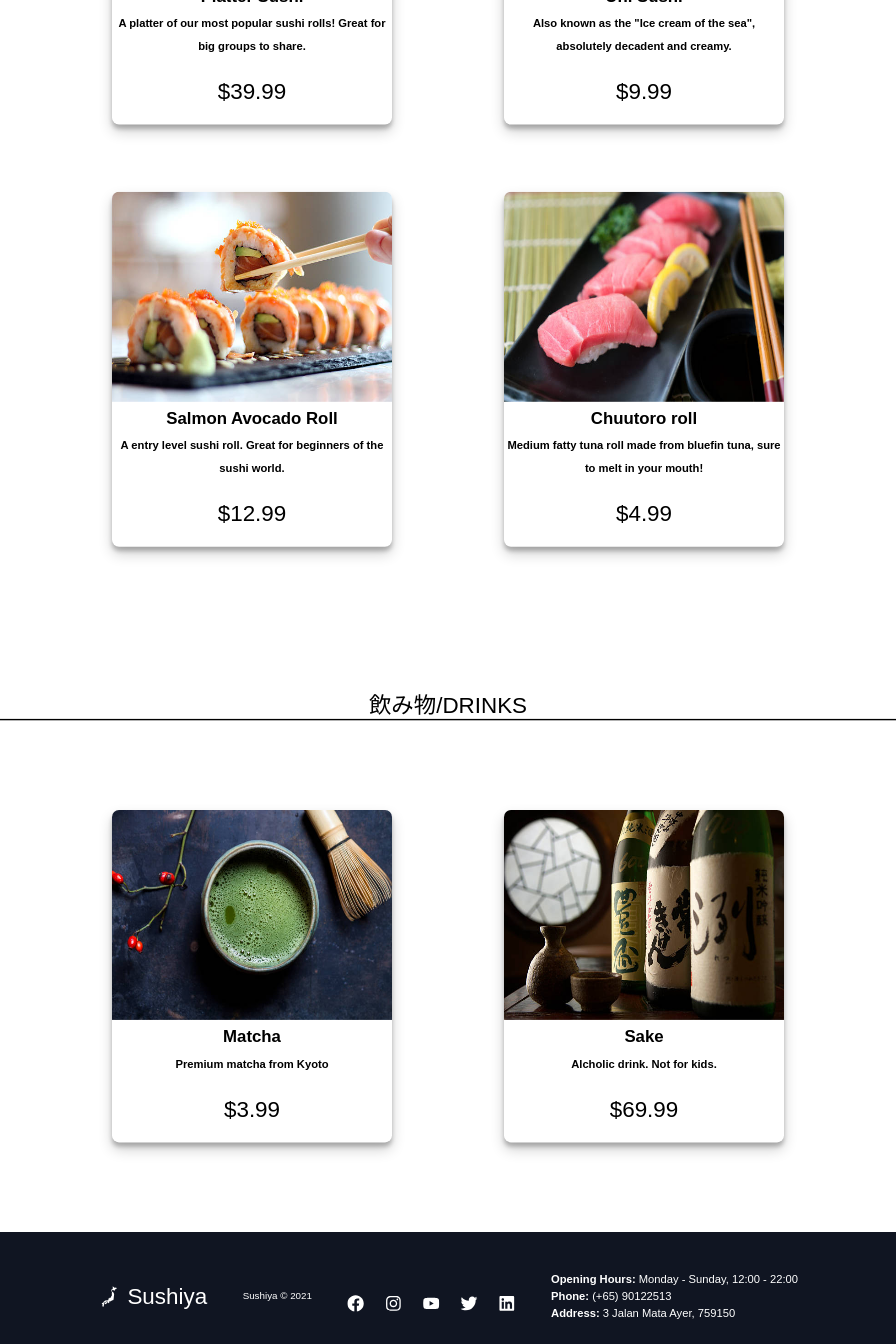
Repository: RuiXiong2211/Sushiroe
Page: /Menu
An editor plug-in stored every save of this project. The page is shown before and after the next save, followed by the edit.
The browser window is 1280 px wide. The pictures show the part of the page from y = 3430 to 5350 px (the page is 5350 px tall), at 70% of full size.
The page's requests for data from a server got no answer. The project was rebuilt for these pictures with package versions that can differ from the ones it lists, and the page was loaded fresh each time. No one was signed in, and anything a server would have sent is missing. Also part of the build but not shown: src/components/InfoSection/InfoSection.elements.js, src/components/InfoSection/InfoSection.js, src/components/Reservation/Reservation.elements.js, src/components/AdminDashboard/EditFormElements.js, src/components/AdminDashboard/EditForm.js, src/components/AdminDashboard/AdminDashboard.elements.js, src/components/AdminDashboard/ActionResponse.js, src/components/AdminDashboard/AdminDashboard.js and 8 more.

Above is the page before, as saved 2021-08-16 15:20:02.

### src/App.js
import { React, useEffect } from "react";
import "bootstrap/dist/css/bootstrap.min.css";
import { BrowserRouter as Router, Switch, Route } from "react-router-dom";
import { Navbar, Footer } from "./components";
import ScrollToTop from "./components/ScrollToTop";
import GlobalStyle from "./globalStyles";
import Home from "./pages/HomePage/Home";
import Menu from "./pages/Menu/Menu";
import Reservation from "./pages/Reservation/ReservationPage";
import Admin from "./pages/AdminDashboard/Dashboard";
import { useStore } from "./services/reservations";

function App() {
  const getAllReservation = useStore((state) => state.getReservations);
  const reservations = useStore((state) => state.reservations);

  useEffect(() => {
    getAllReservation();
  }, [getAllReservation]);

  useEffect(() => {
    console.log(reservations);
  }, [reservations]);

  return (
    <Router>
      <GlobalStyle />
      <ScrollToTop />
      <Navbar />
        <Switch>
          <Route path="/" exact component={Home} />
          <Route path="/Menu" exact component={Menu} />
          <Route
            path="/Reservation"
            render={(props) => (
              <Reservation {...props} reservations={reservations} />
            )}
          />
          <Route
            path="/Admin"
            render={(props) => <Admin {...props} reservations={reservations} />}
          />
        </Switch>
      <Footer />
    </Router>
  );
}

export default App;

### src/components/index.js
export { default as Navbar } from './Navbar/Navbar.js'
export { default as Footer } from './Footer/Footer.js'
export { default as InfoSection } from './InfoSection/InfoSection.js'
export { default as ImageSlider } from './ImageSlider/ImageSlider.js'
export { default as ProductSection } from './ProductSection/ProductSection.js'
export { default as AdminDashboard } from './AdminDashboard/AdminDashboard.js'

### src/components/ScrollToTop.js
import { useEffect } from 'react'
import { useLocation } from 'react-router-dom'

export default function ScrollToTop() {
    const { pathname } = useLocation()
    useEffect(() => {
        window.scrollTo(0, 0);
    },
    [pathname]
    )

    return null
}

### src/globalStyles.js
import styled, { createGlobalStyle } from "styled-components";

const GlobalStyle = createGlobalStyle`
* {
    box-sizing: border-box;
    margin: 0;
    padding: 0;
    font-family: 'Source Sans Pro', sans-serif
}

`;

export const Container = styled.div`
  z-index: 1;
  width: 100%;
  max-width: 1300px;
  margin-right: auto;
  margin-left: auto;
  padding-right: 50px;
  padding-left: 50px;
  @media screen and (max-width: 991px) {
    padding-right: 30px;
    padding-left: 30px;
  }
`;
export const Button = styled.button`
  border-radius: 4px;
  background: ${({ primary }) => (primary ? "#F7665A" : "#0467FB")};
  white-space: nowrap;
  padding: ${({ big }) => (big ? "12px 64px" : "10px 20px")};
  color: #fff;
  font-size: ${({ fontBig }) => (fontBig ? "20px" : "16px")};
  outline: none;
  border: none;
  cursor: pointer;

  &:hover {
    transition: all 0.3s ease-out;
    background: #fff;
    background: ${({ primary }) => (primary ? "#f5493b" : "#4B59F7")};
  }

  @media screen and (max-width: 960px) {
    width: 100%;
  }
`;

export default GlobalStyle;

### src/pages/Menu/Menu.js
import { React, useEffect } from "react";
import { ImageSlider, ProductSection } from "../../components";
import {
  sliderData,
  productData,
  sushiData,
  drinksData,
} from "../../data/menu/Data";


const Menu = () => {

  return (
    <>
      <ImageSlider images={sliderData} />
      <ProductSection heading="RICE BOWLS/海鮮丼" data={productData} />
      <ProductSection heading="SUSHI/お寿司" data={sushiData}  />
      <ProductSection heading="飲み物/DRINKS" data={drinksData} />
    </>
  );
};

export default Menu;

### src/services/reservations.js
import axios from "axios";
import emailjs from "emailjs-com";
import create from "zustand";

const baseUrl = "http://localhost:4000/app/reservation";

export const useStore = create((set) => ({
  reservations: [],
  getReservations: async () => {
    const response = await axios.get(baseUrl);
    set({ reservations: await response.data });
  },
  addReservation: (reservation) => {
    set((state) => ({
      reservations: [...state.reservations, { ...reservation }],
    }));
  },
  removeReservation: (id) => {
    set((state) => ({
      reservations: state.reservations.filter(
        (reservation) => id !== reservation.id
      ),
    }));
  },
  editReservation: (id, updatedReservation) => {
    set((state) => ({
      reservations: state.reservations.map((reservation) =>
        id === reservation.id ? updatedReservation : reservation
      ),
    }));
  },
}));

// export const createNewReservation = (reservation) => {
//   axios
//     .post(baseUrl, reservation)
//     .then((response) => console.log(response.data));
// };

export const createNewReservation = async (reservation) => {
  const response = await axios.post(baseUrl, reservation);
  return await response.data.id;
};

export const updateReservation = (id, reservation) => {
  axios.patch(`${baseUrl}/${id}`, reservation);
  //.then((response) => console.log(response.data));
};

export const sendConfirmationEmail = (emailParams) => {
  emailjs.send(
    "service_zzhbm1s",
    "template_yot0ajf",
    emailParams,
    "user_Rb1siOwIIlMA7ruNlgeYh"
  );
};

export const getReservations = async () => {
  const request = await axios.get(baseUrl);
  return request;
};

export const deleteReservation = async (id) => {
  await axios.delete(`${baseUrl}/${id}`);
};

getReservations().then((reservation) =>
  useStore.setState((state) => ({
    ...state,
    reservation,
  }))
);

### src/components/Navbar/Navbar.js
import React, { useState, useEffect } from "react";
import { Button } from "../../globalStyles";
import sushiLogo from '../../images/home/Sushi.jpg'
import {
  Nav,
  NavbarContainer,
  NavLogo,
  NavIcon,
  MobileIcon,
  MobileIconButton,
  NavMenu,
  NavItem,
  NavLinks,
  NavItemBtn,
  NavBtnLink,
} from "./Navbar.elements";

const Navbar = () => {
  const [click, setClick] = useState(false);
  const [button, setButton] = useState(true);

  const handleClick = () => setClick(!click);
  const showButton = () => {
    if (window.innerWidth <= 960) {
      setButton(false);
    } else {
      setButton(true);
    }
  };

  useEffect(() => {
    showButton();
  }, []);

  window.addEventListener("resize", showButton);

  return (
    <>
      <Nav>
        <NavbarContainer>
          <NavLogo to="/">
            <NavIcon src={sushiLogo} alt="sushiLogo" />
            <strong>Sushiroe</strong>
          </NavLogo>
          <MobileIcon onClick={handleClick}>
            <MobileIconButton click={click} />
          </MobileIcon>
          <NavMenu onClick={handleClick} click={click}>
            <NavItem>
              <NavLinks to="/" activeClassName="is-active" exact>
                About
              </NavLinks>
            </NavItem>
            <NavItem>
              <NavLinks to="/Menu" activeClassName="is-active">
                Menu
              </NavLinks>
            </NavItem>
            <NavItem>
              <NavLinks to="/Admin" activeClassName="is-active">
                Admin
              </NavLinks>
            </NavItem>
            <NavItemBtn>
              {button ? (
                <NavBtnLink to="/Reservation">
                  <Button primary>Make Reservation</Button>
                </NavBtnLink>
              ) : (
                <NavBtnLink to="/Reservation">
                  <Button fontBig primary>
                    Make Reservation
                  </Button>
                </NavBtnLink>
              )}
            </NavItemBtn>
          </NavMenu>
        </NavbarContainer>
      </Nav>
    </>
  );
};

export default Navbar;

### src/components/Footer/Footer.js
import React from "react";

import {
  FaFacebook,
  FaInstagram,
  FaYoutube,
  FaTwitter,
  FaLinkedin,
} from "react-icons/fa";

import {
  FooterContainer,
  SocialMedia,
  SocialMediaWrap,
  SocialLogo,
  SocialIcon,
  WebsiteRights,
  SocialIcons,
  SocialIconLink,
  ContactUs,
} from "./Footer.elements";

function Footer() {
  return (
    <FooterContainer>
      <SocialMedia>
        <SocialMediaWrap>
          <SocialLogo to="/">
            <SocialIcon />
            Sushiya
          </SocialLogo>
          <WebsiteRights>Sushiya © 2021</WebsiteRights>
          <SocialIcons>
            <SocialIconLink href="/" target="_blank" aria-label="Facebook">
              <FaFacebook />
            </SocialIconLink>
            <SocialIconLink href="/" target="_blank" aria-label="Instagram">
              <FaInstagram />
            </SocialIconLink>
            <SocialIconLink
              href=
                "https:youtube.com/"
              rel="noopener noreferrer"
              target="_blank"
              aria-label="Youtube"
            >
              <FaYoutube />
            </SocialIconLink>
            <SocialIconLink href="/" target="_blank" aria-label="Twitter">
              <FaTwitter />
            </SocialIconLink>
            <SocialIconLink href="/" target="_blank" aria-label="LinkedIn">
              <FaLinkedin />
            </SocialIconLink>
          </SocialIcons>
          <ContactUs>
          <strong>Opening Hours: </strong>
          Monday - Sunday,
          12:00 - 22:00
          <br/>
          <strong>Phone: </strong>
          (+65) 90122513
          <br/>
          <strong>Address: </strong>
          3 Jalan Mata Ayer, 759150
      </ContactUs>
        </SocialMediaWrap>
      </SocialMedia>
    </FooterContainer>
  );
}

export default Footer;

### src/components/ImageSlider/ImageSlider.js
import React, { useState, useEffect } from "react";
import {
  Wrapper,
  Slide,
  SlideContent,
  IndicatorWrapper,
  Dot,
} from "./ImageSlider.elements";

const ImageSlider = ({
  images = [],
  autoPlay = true,
  autoPlayTime = 5000,
  children,
  ...props
}) => {
  const [currentSlide, setCurrentSlide] = useState(0);

  function nextSlide(slideIndex = currentSlide + 1) {
    const newSlideIndex = slideIndex >= images.length ? 0 : slideIndex;

    setCurrentSlide(newSlideIndex);
  }

  useEffect(() => {
    const timer = setTimeout(() => {
      nextSlide();
    }, autoPlayTime);

    return () => clearTimeout(timer);
  }, [currentSlide]);

  return (
    <Wrapper {...props}>
      {images.map((imageUrl, index) => (
        <>
          <Slide
            key={index}
            style={{
              backgroundImage: `url(${imageUrl.img})`,
              marginLeft: index === 0 ? `-${currentSlide * 100}%` : undefined,
            }}
          >
            <SlideContent>
              <h1> {imageUrl.header} </h1>
              <p>{imageUrl.desc}</p>
            </SlideContent>
          </Slide>
        </>
      ))}
      <Indicator
        currentSlide={currentSlide}
        amountSlides={images.length}
        nextSlide={nextSlide}
      />
    </Wrapper>
  );
};

const Indicator = ({ currentSlide, amountSlides, nextSlide }) => {
  return (
    <IndicatorWrapper>
      {Array(amountSlides)
        .fill(1)
        .map((_, i) => (
          <Dot
            key={i}
            isActive={currentSlide === i}
            onClick={() => nextSlide(i)}
          />
        ))}
    </IndicatorWrapper>
  );
};

export default ImageSlider;

### src/components/ProductSection/ProductSection.js
import { React, useEffect  } from 'react'
import {
    ProductsContainer,
    ProductWrapper,
    ProductsHeading,
    ProductTitle,
    ProductCard,
    ProductImg,
    ProductInfo,
    ProductDesc,
    ProductPrice,
} from './ProductSection.elements.js'
import Aos from "aos";
import "aos/dist/aos.css";

const ProductSection = ({heading, data}) => {

    useEffect(() => {
        Aos.init({ duration: 2000});
      }, []);

    return (
        <>
            <ProductsContainer data-aos="fade-right">
            <ProductsHeading>{heading}</ProductsHeading>
            <ProductWrapper>
                {data.map((product, index) => {
                    return (
                        <ProductCard key={index}>
                            <ProductImg src={product.img} alt={product.alt} />
                            <ProductInfo>
                                <ProductTitle>{product.name}</ProductTitle>
                                <ProductDesc>{product.desc}</ProductDesc>
                                <ProductPrice>{product.price}</ProductPrice>
                            </ProductInfo>
                        </ProductCard>
                    )
                })}
            </ProductWrapper>
        </ProductsContainer>
        </>
    )
}

export default ProductSection

### src/components/Navbar/Navbar.elements.js
import styled from "styled-components";
import { Container } from "../../globalStyles";
import { NavLink } from "react-router-dom";
import { FaTimes, FaBars } from "react-icons/fa";

export const Nav = styled.nav`
  background: #fff;
  height: 80px;
  display: flex;
  justify-content: center;
  align-items: center;
  font-size: 1.2rem;
  position: sticky;
  top: 0;
  z-index: 999;
`;

export const NavbarContainer = styled(Container)`
  display: flex;
  justify-content: space-between;
  height: 80px;

  ${Container}
`;

export const NavLogo = styled(NavLink)`
  color: #000000;
  justify-self: flex-start;
  cursor: pointer;
  text-decoration: none;
  font-size: 2rem;
  display: flex;
  align-items: center;
`;

export const NavIcon = styled.img`
  max-height: 80%;
  max-width: 80%;
  margin-right: 0.5rem;
  background-color: transparent;
`;

export const MobileIcon = styled.div`
  display: none;

  @media screen and (max-width: 960px) {
    display: block;
    position: absolute;
    top: 0;
    right: 0;
    transform: translate(-100%, 60%);
    font-size: 1.8rem;
    cursor: pointer;
    color: #fff;
  }
`;

export const MobileIconButton = ({ click }) => {
  return click ? <FaTimes /> : <FaBars />;
};

export const NavMenu = styled.ul`
  display: flex;
  align-items: center;
  list-style: none;
  text-align: center;

  @media screen and (max-width: 960px) {
    display: flex;
    flex-direction: column;
    width: 100%;
    height: 90vh;
    position: absolute;
    top: 80px;
    left: ${({ click }) => (click ? 0 : "-100%")};
    opacity: 1;
    transition: all 0.5s ease;
    background: #101522;
  }
`;

export const NavItem = styled.li`
  height: 80px;
  border-bottom: 2px solid transparent;

  @media screen and (max-width: 960px) {
    width: 100%;

    &:hover {
      border: none;
    }
  }
`;

export const NavLinks = styled(NavLink)`
  color: #000000;
  display: flex;
  align-items: center;
  text-decoration: none;
  padding: 0.5rem 1rem;
  height: 100%;
  font-weight: bold;

  &.${(props) => props.activeClassName} {
    color: #000000;
    font-weight: bold;
    border-bottom: 2px solid;
    border-bottom-color: #000000;
  }

  &:hover {
      color: #fff;
      background-color: #000000;
      transition: all 0.1s ease;
      border-bottom: 0px;
    }

  @media screen and (max-width: 960px) {
    text-align: center;
    padding: 2rem;
    width: 100%;
    display: table;

    &:hover {
      color: #fff;
      transition: all 0.3s ease;
    }
  }
`;

export const NavItemBtn = styled.li`
  @media screen and (max-width: 960px) {
    display: flex;
    justify-content: center;
    align-items: center;
    width: 100%;
    height: 120px;
  }
`;

export const NavBtnLink = styled(NavLink)`
  display: flex;
  justify-content: center;
  align-items: center;
  text-decoration: none;
  padding: 8px 16px;
  height: 100%;
  width: 100%;
  border: none;
  outline: none;
`;

### src/components/Footer/Footer.elements.js
import styled from 'styled-components';
import { GiJapan } from 'react-icons/gi'
import { Link } from 'react-router-dom';

export const FooterContainer = styled.div`
  background-color: #101522;
  padding: 1rem 0 1rem 0;
  display: flex;
  flex-direction: column;
  justify-content: center;
  align-items: center;
`;

export const SocialMedia = styled.section`
  max-width: 1300px;
  width: 100%;
`;

export const SocialMediaWrap = styled.div`
  display: flex;
  justify-content: space-between;
  align-items: center;
  width: 90%;
  max-width: 1000px;
  margin: 40px auto 0 auto;
  @media screen and (max-width: 820px) {
    flex-direction: column;
  }
`;

export const SocialLogo = styled(Link)`
  color: #fff;
  justify-self: start;
  cursor: pointer;
  text-decoration: none;
  font-size: 2rem;
  display: flex;
  align-items: center;
  margin-bottom: 16px;
`;

export const SocialIcon = styled(GiJapan)`
  margin-right: 10px;
`;

export const WebsiteRights = styled.small`
  color: #fff;
  margin-bottom: 16px;
`;

export const SocialIcons = styled.div`
  display: flex;
  justify-content: space-between;
  align-items: center;
  width: 240px;
`;

export const SocialIconLink = styled.a`
  color: #fff;
  font-size: 24px;
`;

export const ContactUs = styled.div`
    color: #fff;
    font-size: 16px;
    padding: 0 0 1rem 0;
`

### src/components/ImageSlider/ImageSlider.elements.js
import styled from "styled-components";

export const Wrapper = styled.div`
  height: 95vh;
  display: flex;
  flex-wrap: nowrap;
  overflow-x: hidden;
  position: relative;
`;

export const Slide = styled.div`
  position: relative;
  height: 100%;
  width: 100%;
  flex-shrink: 0;
  background-position: center;
  background-size: cover;
  transition: 750ms all ease-in-out;

  &::before {
  background-color: rgba(0, 0, 0, 0.35);
  content: '';
  display: block;
  height: 100%;
  position: absolute;
  width: 100%;
  }
`;

export const SlideContent = styled.div`
  position: relative;
  display: flex;
  height: 100%;
  flex-direction: column;
  align-items: center;
  justify-content: center;
  text-align: center;
  color: #fff;
  font-size: 1.5rem;
`;

export const ChildrenWrapper = styled.div`
  position: absolute;
  top: 50%;
  left: 50%;
  transform: translate(-50%, -50%);
`;

export const Gradient = styled.div`
  width: 100%;
  height: 100%;
  position: absolute;
  top: 0;
  left: 0;
  background-color: rgba(0, 0, 0, 0.6);
`;

export const IndicatorWrapper = styled.div`
  width: 100%;
  display: flex;
  flex-wrap: nowrap;
  position: absolute;
  bottom: 30px;
  align-items: center;
  justify-content: center;
`;

export const Dot = styled.div`
  width: 20px;
  height: 20px;
  border-radius: 15px;
  background-color: white;
  opacity: ${(props) => (props.isActive ? 1 : 0.5)};
  margin: 10px;
  transition: 500ms all ease-in-out;
`;

### src/components/ProductSection/ProductSection.elements.js
import styled from "styled-components";

export const ProductsContainer = styled.div`
  /* width: 100vw; */
  min-height: 100vh;
  padding: 5rem calc((100vw - 1300px) / 2);
  background: #fff;
  color: #000000;
`;

export const ProductWrapper = styled.div`
  display: flex;
  flex-wrap: wrap;
  justify-content: center;
  margin: 0 auto;
`;

export const ProductCard = styled.div`
  margin: 3rem 5rem;
  line-height: 2;
  max-width: 400px;
  box-shadow: 0 10px 20px rgba(0,0,0,0.19), 0 6px 6px rgba(0,0,0,0.23);
  border-radius: 10px;
  overflow: hidden;
`;

export const ProductImg = styled.img`
  height: 300px;
  max-width: 400px;
`;

export const ProductsHeading = styled.h1`
  align-items: center;
  justify-content: center;
  border-bottom: 2px solid black;
  font-size: clamp(2rem, 2.5vw, 3rem);
  text-align: center;
  margin-bottom: 5rem;
`;

export const ProductTitle = styled.h2`
  padding-top: 10px;
  font-weight: bold;
  font-size: 1.5rem;
`;

export const ProductInfo = styled.div`
  display: flex;
  flex-direction: column;
  justify-content: center;
  align-items: center;
  text-align: center;
`;

export const ProductDesc = styled.p`
  margin-bottom: 1rem;
  font-weight: bold;
`;

export const ProductPrice = styled.p`
  margin-bottom: 1rem;
  font-size: 2rem;
`;

Loaded but not shown: public/index.html (common file); src/index.js (common file); src/data/menu/Data.js (138 lines, source omitted)

After the next save:
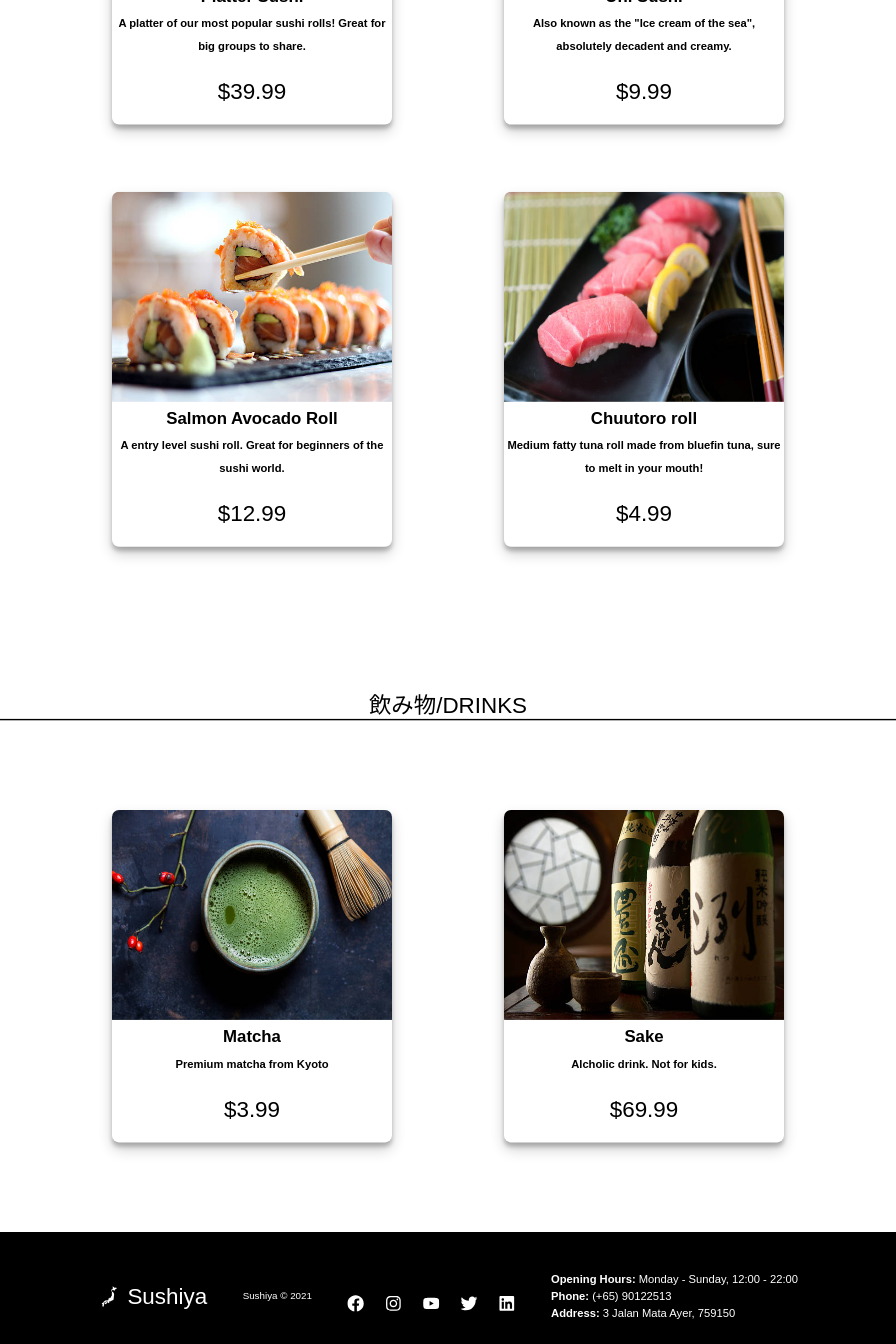
Saved 64 s later.
--- a/src/components/Footer/Footer.elements.js
+++ b/src/components/Footer/Footer.elements.js
@@ -3,7 +3,7 @@ import { GiJapan } from 'react-icons/gi'
 import { Link } from 'react-router-dom';
 
 export const FooterContainer = styled.div`
-  background-color: #101522;
+  background-color: #000000;
   padding: 1rem 0 1rem 0;
   display: flex;
   flex-direction: column;
